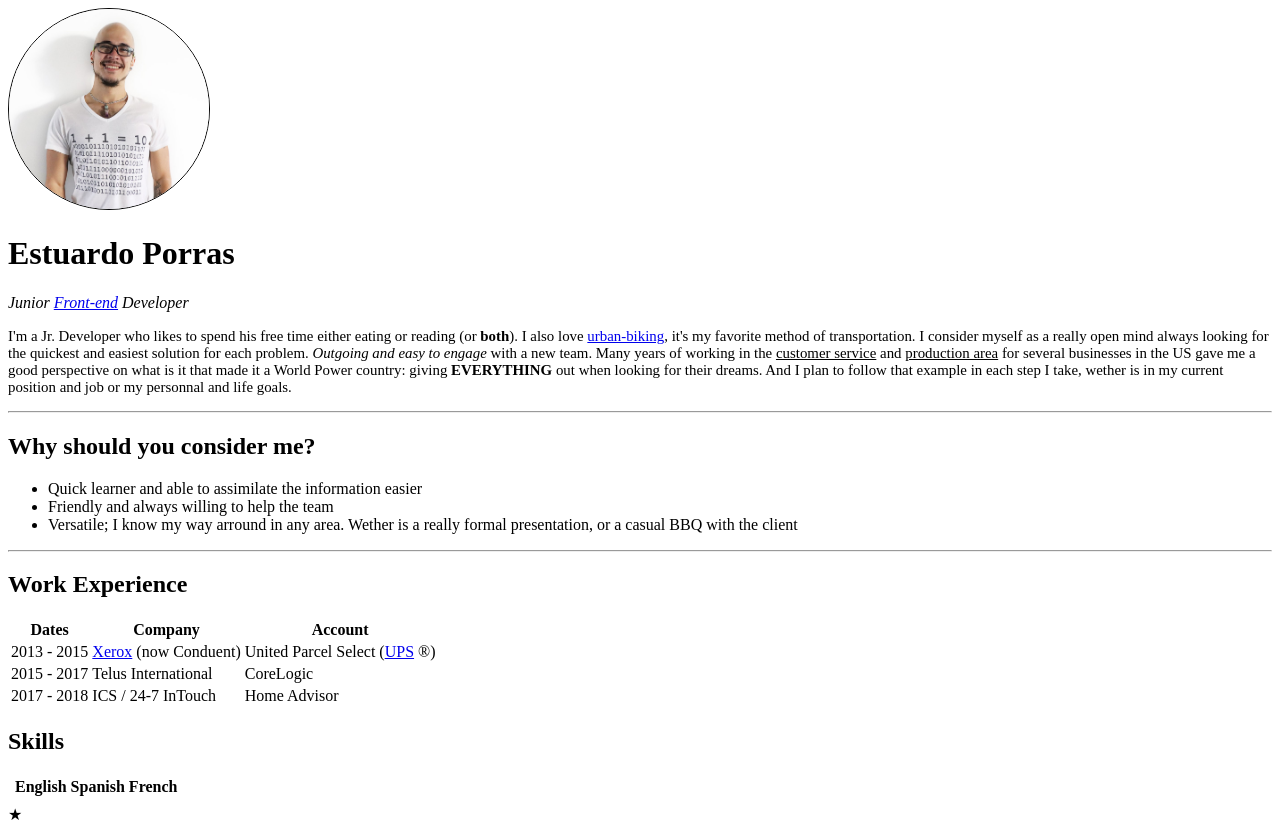
Repository: soloestuardo/bootstrap
Page: proyectos/cv/index.html
The author's editor kept a record of every edit. The page is drawn from the files as they stood at one moment, then again after the next edit.
The browser window is 1280 px wide. The pictures show the whole page.

Above is the page before.

After the next edit:
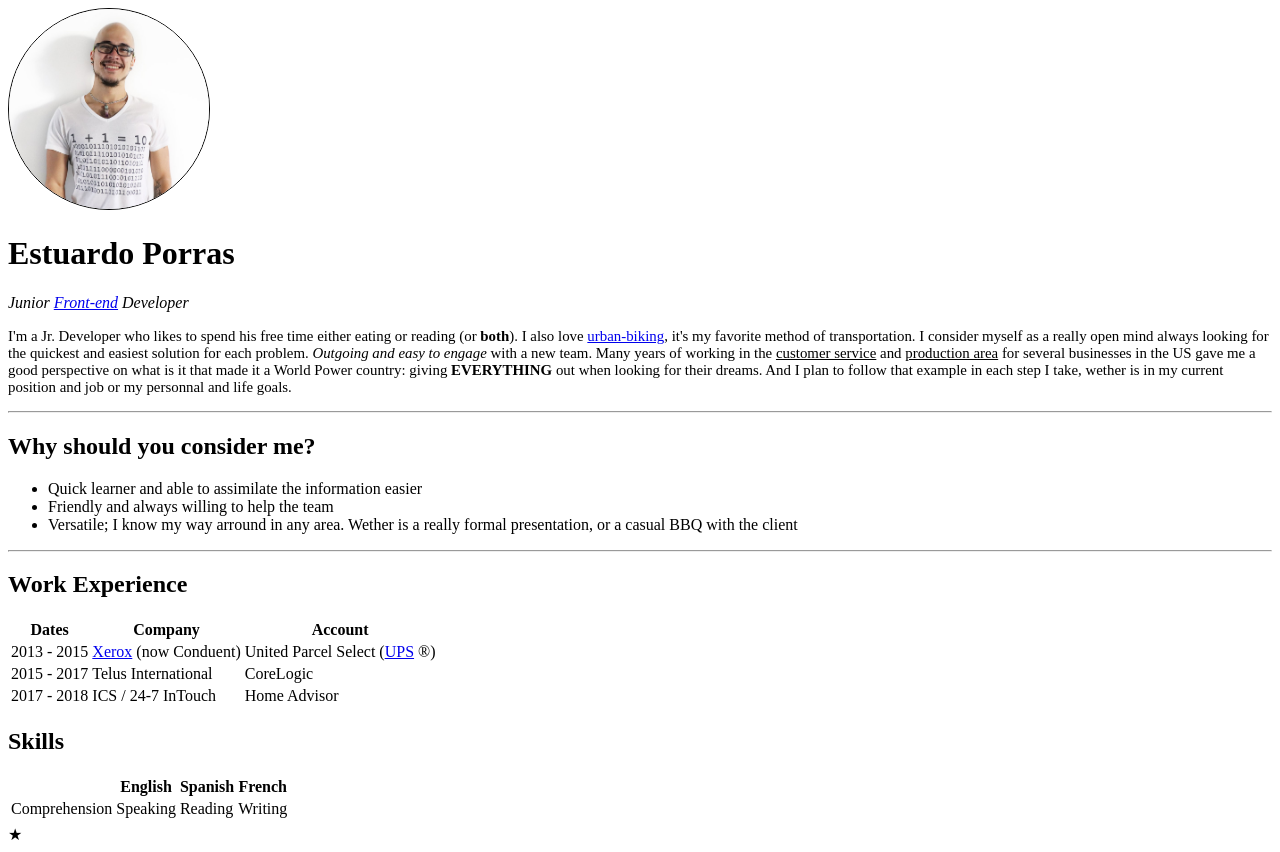
The edit:
--- a/proyectos/cv/index.html
+++ b/proyectos/cv/index.html
@@ -75,7 +75,10 @@
                 <th>French</th>
             </tr>
             <tr>
-
+                <td>Comprehension</td>
+                <td>Speaking</td>
+                <td>Reading</td>
+                <td>Writing</td>
             </tr>
             <tr>
 
